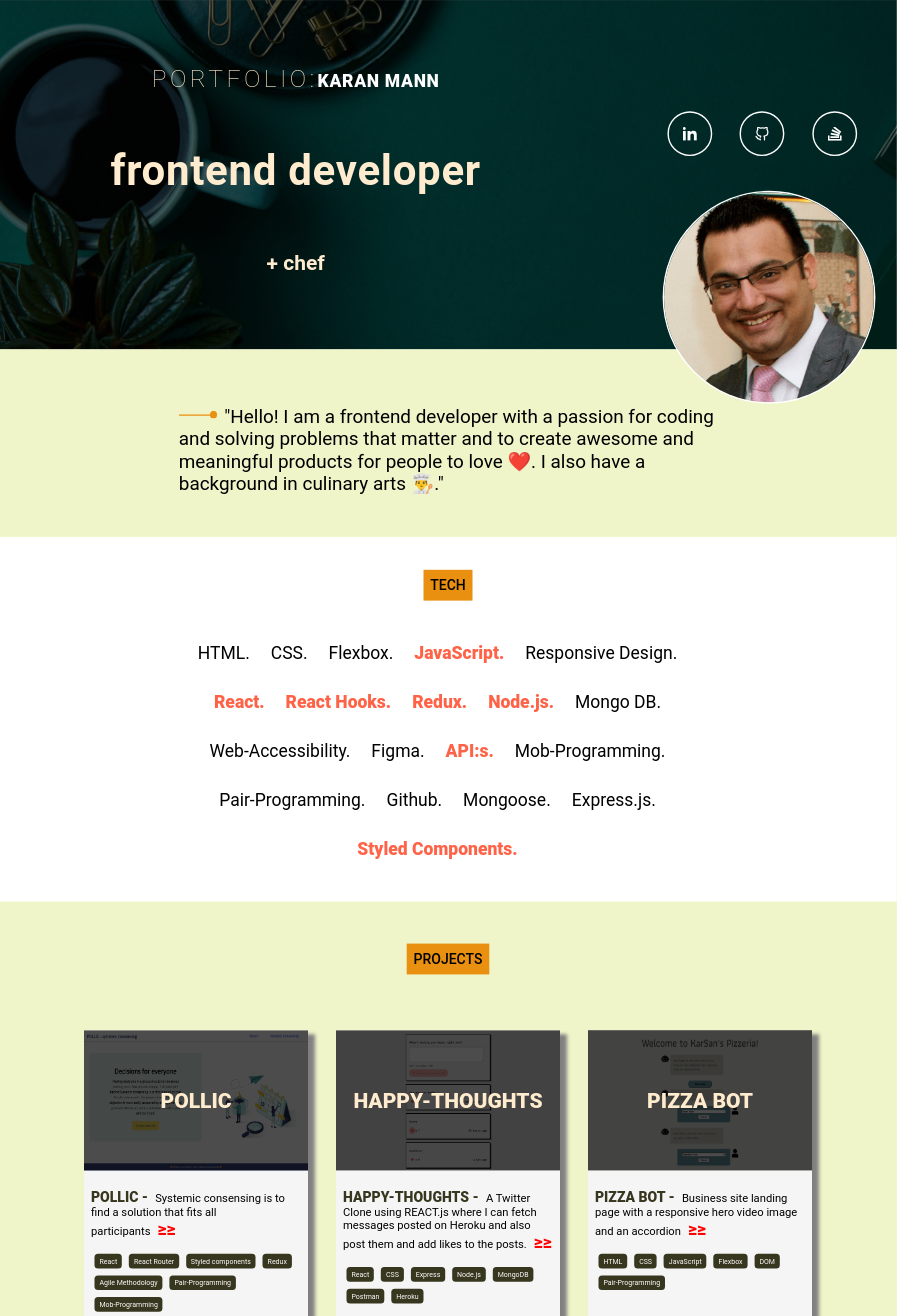
Repository: karanmann/portfolio-react
Page: / (app in frontend/)
An editor plug-in stored every save of this project. The page is shown before and after the next save, followed by the edit.
The browser window is 1280 px wide. The page is 1281 px wide, so the pictures cover 1281 px, including what lies to the right of the window. The pictures show the part of the page from y = 0 to 1880 px (the page is 6725 px tall), at 70% of full size.
The project was rebuilt for these pictures with package versions that can differ from the ones it lists, and the page was loaded fresh each time.

Above is the page before, as saved 2021-04-09 10:29:07.

### frontend/public/index.html
<!DOCTYPE html>
<html lang="en">
  <head>
    <meta charset="utf-8" />
    <link rel="icon" href="%PUBLIC_URL%/favicon.ico" />
    <meta name="viewport" content="width=device-width, initial-scale=1" />
    <meta name="theme-color" content="#000000" />
    <meta
      name="description"
      content="Web site created using create-react-app"
    />
    <link rel="apple-touch-icon" href="%PUBLIC_URL%/logo192.png" />
    <link rel="preconnect" href="https://fonts.gstatic.com">
    <link href="https://fonts.googleapis.com/css2?family=Poppins:ital,wght@0,100;0,200;0,300;0,400;0,500;0,600;0,700;0,800;0,900;1,100;1,200;1,300;1,400;1,500;1,600;1,700;1,800;1,900&display=swap" rel="stylesheet">

    <!--
      manifest.json provides metadata used when your web app is installed on a
      user's mobile device or desktop. See https://developers.google.com/web/fundamentals/web-app-manifest/
    -->
    <!-- <link rel="manifest" href="%PUBLIC_URL%/manifest.json" /> -->
    <!--
      Notice the use of %PUBLIC_URL% in the tags above.
      It will be replaced with the URL of the `public` folder during the build.
      Only files inside the `public` folder can be referenced from the HTML.

      Unlike "/favicon.ico" or "favicon.ico", "%PUBLIC_URL%/favicon.ico" will
      work correctly both with client-side routing and a non-root public URL.
      Learn how to configure a non-root public URL by running `npm run build`.
    -->
    <title>Karan Mann - Portfolio</title>
  </head>
  <body>
    <noscript>You need to enable JavaScript to run this app.</noscript>
    <div id="root"></div>
    <!--
      This HTML file is a template.
      If you open it directly in the browser, you will see an empty page.

      You can add webfonts, meta tags, or analytics to this file.
      The build step will place the bundled scripts into the <body> tag.

      To begin the development, run `npm start` or `yarn start`.
      To create a production bundle, use `npm run build` or `yarn build`.
    -->
  </body>
</html>

### frontend/src/index.js
import React from 'react';
import ReactDOM from 'react-dom';
import './lib/styles/index.css';
import App from './App';

ReactDOM.render(
  <React.StrictMode>
    <App />
  </React.StrictMode>,
  document.getElementById('root')
);

### frontend/src/lib/styles/index.css

body {
  margin: -1px;
  font-family: 'Roboto', 'Poppins', sans-serif, -apple-system, BlinkMacSystemFont, 'Segoe UI', 'Roboto', 'Oxygen',
    'Ubuntu', 'Cantarell', 'Fira Sans', 'Droid Sans', 'Helvetica Neue';
  -webkit-font-smoothing: antialiased;
  -moz-osx-font-smoothing: grayscale;
  background-color: white;
}

### frontend/src/App.js
import React from 'react';

import { Header } from './components/Header'
import { Intro } from './components/Intro'
import { Tech } from './components/Tech'
import { Projects } from './components/projects/Projects'
import { ThoughtsCode } from './components/ThoughtsCode'
import { Skills } from './components/Skills'
import { ForMore } from './components/ForMore'
import { Footer } from './components/Footer'
import { Data } from './projects'

const projectData = Data.projects

console.log(projectData)

function App() {
  return (
    <div className="App">
      <Header />
      <Intro/>
      <Tech />
      <Projects projectData={projectData}/>
      <ThoughtsCode />'
      <Skills />
      <ForMore />
      <Footer />
    </div>
  );
}

export default App;

### frontend/src/components/Header.js
import React from 'react'

import {
  HeroContainer,
  LeftContainer,
  HeroTextContainer,
  HeroTextH1,
  HeroTextH1Span,
  HeroTextH2,
  HeroTextH3,
  RightContainer,
  IconContainer,
  IconLinkContainer,
  IconImageContainer,
  ProfilePic,
} from '../lib/styles/styled'

import linkedInIcon from '../lib/images/icons/linkedin.svg'
import githubIcon from '../lib/images/icons/github.svg'
import stackoverflowIcon from '../lib/images/icons/stackoverflow.svg'
import profilePic from '../lib/images/profile.png'

const linkedInLink = 'https://www.linkedin.com/in/karanmann84/'
const githubLink = 'https://github.com/karanmann'
const stackOverflowLink = 'https://stackoverflow.com/users/14064949/karan-mann'

export const Header = () => {
  return (
    <header>
      <HeroContainer>
        <LeftContainer>
          <HeroTextContainer tabIndex='0'>
            <HeroTextH1>
              PORTFOLIO:
              <HeroTextH1Span>KARAN MANN</HeroTextH1Span>
            </HeroTextH1>
            <HeroTextH2>frontend developer</HeroTextH2>
            <HeroTextH3>+ chef</HeroTextH3>
          </HeroTextContainer>
        </LeftContainer>
        <RightContainer>
          <IconContainer>
            <IconLinkContainer
              href={linkedInLink}
              tabIndex='0'
              target="_blank"
              rel="noopener noreferrer"
            >
              <IconImageContainer
                src={linkedInIcon}
                alt='Icon to LinkedIN'
                aria-label='Linkedin profile'
                rel="noreferrer"
              />
            </IconLinkContainer>
            <IconLinkContainer
              href={githubLink}
                tabIndex='0'
                target="_blank"
                rel="noopener noreferrer">
              <IconImageContainer
                src={githubIcon}
                alt='Icon to Github'
                aria-label='Github profile'
                rel='noreferrer'
              />
            </IconLinkContainer>
            <IconLinkContainer
              href={stackOverflowLink}
              tabIndex='0'
              target="_blank"
              rel="noopener noreferrer"
            >
              <IconImageContainer
                src={stackoverflowIcon}
                alt='Icon to Stackoverflow'
                aria-label='Stackoverflow'
                rel='noreferrer'
              />
            </IconLinkContainer>
          </IconContainer>
          <div>
            <ProfilePic className="profile-pic" src={profilePic} alt="Karan's Pic"/>
          </div>
        </RightContainer>
      </HeroContainer>
    </header>
  )
}

### frontend/src/components/Intro.js
import React from 'react';
import { IntroContainer, IntroP, IntroImage} from '../lib/styles/styled'
import lolypop from '../lib/images/icons/icon-p.svg'

export const Intro = () => {
  return (
    <IntroContainer>
      <IntroP>
        <IntroImage src={lolypop} alt="Lolypop Icon"/>
        "Hello!   I am a frontend developer with a passion for coding and solving problems that matter and to create awesome and meaningful products for people to love ❤️. I also have a background in culinary arts 👨‍🍳."
      </IntroP>
    </IntroContainer>
  )
}

### frontend/src/components/Tech.js
import React from 'react';

import {
  TechContainer,
  AllTech,
  MyTech,
  Title
  } from '../lib/styles/styled'

const techs = [
  { tech:"HTML", highLight:false },
  { tech:"CSS", highLight:false },
  { tech:"Flexbox", highLight:false },
  { tech:"JavaScript", highLight:true },
  { tech:"Responsive Design", highLight:false },
  { tech:"React", highLight:true },
  { tech:"React Hooks", highLight:true },
  { tech:"Redux", highLight:true },
  { tech:"Node.js", highLight:true },
  { tech:"Mongo DB", highLight:false },
  { tech:"Web-Accessibility", highLight:false },
  { tech:"Figma", highLight:false },
  { tech:"API:s", highLight:true },
  { tech:"Mob-Programming", highLight:false },
  { tech:"Pair-Programming", highLight:false },
  { tech:"Github", highLight:false },
  { tech:"Mongoose", highLight:false },
  { tech:"Express.js", highLight:false },
  { tech:"Styled Components", highLight:true },
]

export const Tech = () => {
  return (
    <TechContainer>
      <Title>TECH</Title>
        <AllTech>
            {techs.map((mytech, index) =>{
              const conditionalStyle = mytech.highLight ? {color:'tomato', fontWeight: '800'} : {color:'black'}
              return (
              <MyTech style={conditionalStyle} key={mytech.tech}>
                {mytech.tech}{index === mytech.tech.length - 1 ? ',' : '.'}
              </MyTech>
            )
            })}
        </AllTech>
    </TechContainer>
  )
}

// while using styled components we can also send the style as a prop and do the conditional rendering in the styles itself.

// {index > Object.keys(mytech).length - 1 ? ',' : '.'}
// Working on getting a period in the end rather than a comma.

### frontend/src/components/projects/Projects.js
import React from  'react'

import { ProjectContainer, Title } from '../../lib/styles/styled'
import { OtherProjects } from './OtherProjects'
import { FeaturedProjects } from './FeaturedProjects'

export const Projects = ({projectData}) => {
  const featuredProjects = projectData.filter(myProjects => myProjects.featured)
  const otherProjects = projectData.filter(myProjects => !myProjects.featured)

  return (
    <ProjectContainer>
      <Title>PROJECTS</Title>
      <div>
        <FeaturedProjects featuredProjects={featuredProjects}/>
      </div>
      <h3 className='projects-title'>OTHER PROJECTS</h3>
      <div>
        <OtherProjects otherProjects={otherProjects}/>
      </div>
    </ProjectContainer>
  )
}

### frontend/src/components/ThoughtsCode.js
import React from 'react'

import {
  ThoughtsContainer,
  ThoughtsContentContainer,
  ThoughtsCodeImageContainer,
  ThoughtsImage,
  ThoughtsCodeTextContainer,
  ThoughtsCodeTextTitle,
  ThoughtsCodeTextContent,
  ThoughtsReadMore,
  Title
} from '../lib/styles/styled'
import chefDroid from '../lib/images/ChefDroid.png'

const chefToProgrammerLink = "https://www.linkedin.com/posts/karanmann84_programming-learning-technigo-activity-6720014274095304704-BHnK"

export const ThoughtsCode = () => {
  return (
    <ThoughtsContainer>
      <Title tabIndex="0">MY THOUGHTS ABOUT CODE</Title>
      <ThoughtsContentContainer>
        <ThoughtsCodeImageContainer href={chefToProgrammerLink}>
          <ThoughtsImage src={chefDroid} alt='Chef and Droid'/>
        </ThoughtsCodeImageContainer>
        <ThoughtsCodeTextContainer>
          <ThoughtsCodeTextTitle>
            From Chef to Programmer
          </ThoughtsCodeTextTitle>
          <ThoughtsCodeTextContent>
            What I learned in the kitchen.
            Almost everyone who starts working in a kitchen starts in one place, the bottom.
            This could be the salad section or pantry. In an industry as intensely competitive as restaurants,
            the only way to move up is by working as hard as you can. This means being willing to take on any assignment
            your chef gives you. It means constantly working to master your craft.
            <ThoughtsReadMore href={chefToProgrammerLink}>Read More ≥≥</ThoughtsReadMore>
          </ThoughtsCodeTextContent>
        </ThoughtsCodeTextContainer>
      </ThoughtsContentContainer>
    </ThoughtsContainer>
  )
}

### frontend/src/components/Skills.js
import React from 'react';

import {
  Title,
  SkillContainer,
  SkillContentContainer,
  Skill,
  SkillCodeTitle,
  SkillCodeContent
} from '../lib/styles/styled'

const code = [
  "HTML5",
  "CSS3",
  "JavaScript ES6",
  "React",
  "React Hooks",
  "Node.js",
  "Mongo DB",
  "Github",
]

const toolbox =[
  "Visual Studio Code",
  "Terminal",
  "Figma",
  "StackOverflow",
  "Slack",
]

const others= [
  "Agile Methodology",
  "Pair-programming",
  "Mob-programming",
  "Web Accessibility",
  "Concept Development",
]

const upcomming = [
  "Redux",
  "SASS",
]

export const Skills = () => {
  return (
    <SkillContainer>
      <Title>SKILLS</Title>
      <SkillContentContainer>
        <Skill>
          <SkillCodeTitle>CODE</SkillCodeTitle>
          <SkillCodeContent >
            {code.map(myCode => <p key={myCode}>{myCode}</p>)}
          </SkillCodeContent>
        </Skill>
        <Skill>
          <SkillCodeTitle>TOOLBOX</SkillCodeTitle>
          <SkillCodeContent>{toolbox.map(myTool => <p key={myTool}>{myTool}</p>)}</SkillCodeContent>
        </Skill>
        <Skill>
          <SkillCodeTitle>OTHERS</SkillCodeTitle>
          <SkillCodeContent>{others.map(myOthers => <p key={myOthers}>{myOthers}</p>)}</SkillCodeContent>
        </Skill>
        <Skill>
          <SkillCodeTitle>UPCOMMING</SkillCodeTitle>
          <SkillCodeContent>{upcomming.map(myUpcomming => <p key={myUpcomming}>{myUpcomming}</p>)}</SkillCodeContent>
        </Skill>
      </SkillContentContainer>
    </SkillContainer>
  )
}

### frontend/src/components/ForMore.js
import React from 'react'

import {
  Title,
  ForMoreContainer,
  ForMoreIcons,
  ForMoreIconContainer,
  ForMoreImage,
  ForMoreText,
  ForMoreLink
} from '../lib/styles/styled'

import linkedIn from '../lib/images/icons/linkedin-orange.svg'
import github from '../lib/images/icons/github-orange.svg'
import stackOverflow from '../lib/images/icons/stackoverflow-orange.svg'

export const ForMore = () => {
  return (
    <ForMoreContainer>
      <Title tabIndex="0">FOR MORE</Title>
      <ForMoreIcons>
        <ForMoreIconContainer>
          <ForMoreLink
            href="https://www.linkedin.com/in/karanmann84/"
            target="_blank"
            rel="noopener noreferrer"
          >
            <ForMoreImage src={linkedIn} alt="Link to LinkedIN"/>
          </ForMoreLink>
          <ForMoreText>LINKEDIN</ForMoreText>
        </ForMoreIconContainer>
        <ForMoreIconContainer>
          <ForMoreLink
            href="https://stackoverflow.com/users/14064949/karan-mann"
            target="_blank"
            rel="noopener noreferrer"
          >
            <ForMoreImage src={stackOverflow} alt="Link to stackoverflow"/>
          </ForMoreLink>
          <ForMoreText>STACK-OVERFLOW</ForMoreText>
        </ForMoreIconContainer>
        <ForMoreIconContainer>
          <ForMoreLink
            href="https://github.com/karanmann"
            target="_blank"
            rel="noopener noreferrer"
          >
            <ForMoreImage src={github} alt="Link to Github"/>
          </ForMoreLink>
          <ForMoreText>GITHUB</ForMoreText>
        </ForMoreIconContainer>
      </ForMoreIcons>
    </ForMoreContainer>
  )
}

### frontend/src/components/Footer.js
import React from 'react'
import { FooterContainer } from '../lib/styles/styled'

export const Footer = () => {
  return(
    <FooterContainer>
      <h3>CONTACT</h3>
      <p>Karan Mann</p>
      <p>karan.mann@outlook.com</p>
      <p>+46 (0) 702257772</p>
    </FooterContainer>
  )
}

### frontend/src/components/projects/OtherProjects.js
import {
  OtherCardsContainer,
  OtherCard,
  OtherImageContainer,
  Image,
  ImageOverlay,
  ImageTitle,
  OtherCardDetailsContainer,
  DetailsTitle,
  DetailsDescription,
  DetailsLink,
  CardTechContainer,
  CardTech} from '../../lib/styles/styled'

export const OtherProjects = ({otherProjects}) => {
  return (
    <OtherCardsContainer>
      {otherProjects.map(myProject => {
        return (
        <OtherCard key={myProject.title}>
          <OtherImageContainer>
            <a
              href={myProject.live_url}
              target="_blank"
              rel="noopener noreferrer"
              >
              <ImageOverlay>
                <ImageTitle>{myProject.title}</ImageTitle>
              </ImageOverlay>
              <Image src={myProject.image_url} alt=""/>
            </a>
          </OtherImageContainer>
          <OtherCardDetailsContainer>
            <p>
              <DetailsTitle>{myProject.title} -</DetailsTitle>
              <DetailsDescription>{myProject.description}</DetailsDescription>
              <span>
                <DetailsLink
                  href={myProject.live_url}
                  target="_blank"
                  rel="noopener noreferrer"
                >
                  ≥≥
                </DetailsLink>
              </span>
            </p>
            <CardTechContainer>
              {myProject.techs.map(mytech => <CardTech>{mytech}</CardTech>
              )}
            </CardTechContainer>
          </OtherCardDetailsContainer>
        </OtherCard>
        )})
      }
    </OtherCardsContainer>
  )
}

### frontend/src/components/projects/FeaturedProjects.js
import React from 'react';

import {
  CardsContainer,
  Card,
  ImageContainer,
  Image,
  ImageOverlay,
  ImageTitle,
  CardDetailsContainer,
  DetailsTitle,
  DetailsDescription,
  DetailsLink,
  CardTechContainer,
  CardTech} from '../../lib/styles/styled'

export const FeaturedProjects = ({featuredProjects}) => {
  return (
    <CardsContainer>
      {featuredProjects.map(myProject => {
        return (
           <Card key={myProject.title}>
            <ImageContainer>
              <a
                href={myProject.live_url}
                target="_blank"
                rel="noopener noreferrer"
              >
                <ImageOverlay>
                  <ImageTitle>{myProject.title}</ImageTitle>
                </ImageOverlay>
                <Image src={myProject.image_url} alt=""/>
              </a>
            </ImageContainer>
            <CardDetailsContainer>
              <p>
                <DetailsTitle>{myProject.title} -</DetailsTitle>
                <DetailsDescription>{myProject.description}</DetailsDescription>
                <span>
                  <DetailsLink
                    href={myProject.live_url}
                    target="_blank"
                    rel="noopener noreferrer"
                  >≥≥
                  </DetailsLink>
                </span>
              </p>
              <CardTechContainer>
                {myProject.techs.map(mytech => <CardTech>{mytech}</CardTech>
                )}
              </CardTechContainer>
            </CardDetailsContainer>
          </Card>
        )
      })
      }
    </CardsContainer>
  )
}

Loaded but not shown: frontend/src/lib/styles/styled.js (library); frontend/src/projects.js (251 lines, source omitted)

After the next save:
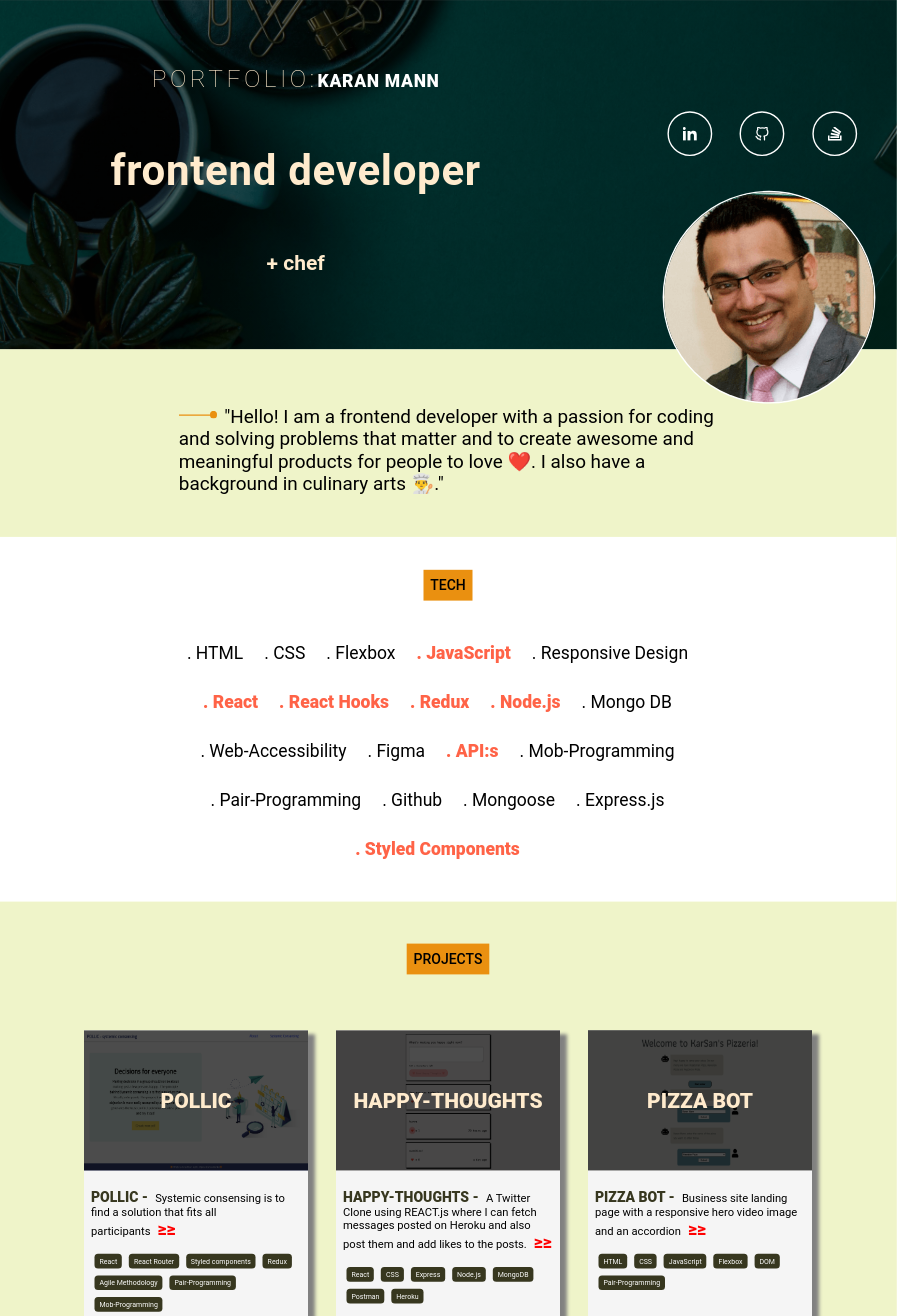
Saved 19 s later.
--- a/frontend/src/components/Tech.js
+++ b/frontend/src/components/Tech.js
@@ -38,7 +38,7 @@ export const Tech = () => {
               const conditionalStyle = mytech.highLight ? {color:'tomato', fontWeight: '800'} : {color:'black'}
               return (
               <MyTech style={conditionalStyle} key={mytech.tech}>
-                {mytech.tech}{index === mytech.tech.length - 1 ? ',' : '.'}
+                {index === mytech.tech.length - 1 ? ',' : '.'} {mytech.tech}
               </MyTech>
             )
             })}
